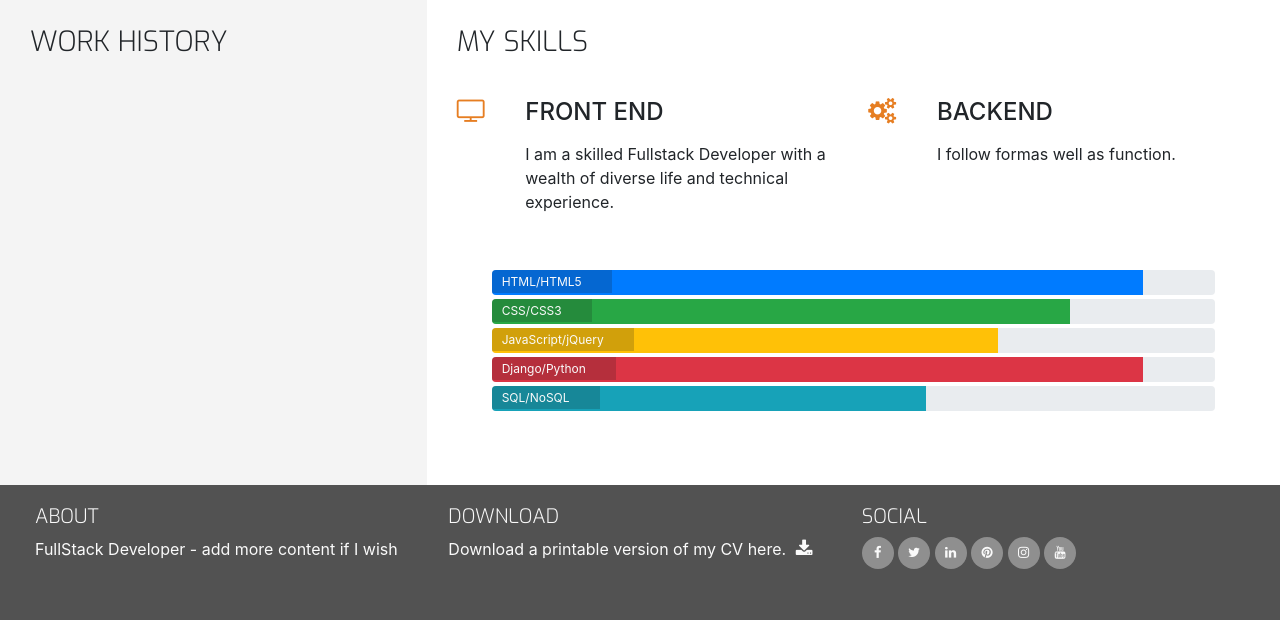
Repository: JustWhiteGit/Rosies-Resume
Page: resume.html
The author's editor kept a record of every edit. The page is drawn from the files as they stood at one moment, then again after the next edit.
The browser window is 1280 px wide. The pictures show the part of the page from y = 369 to 1013 px (the page is 989 px tall before and 1013 px after).

Above is the page before.

After the next edit:
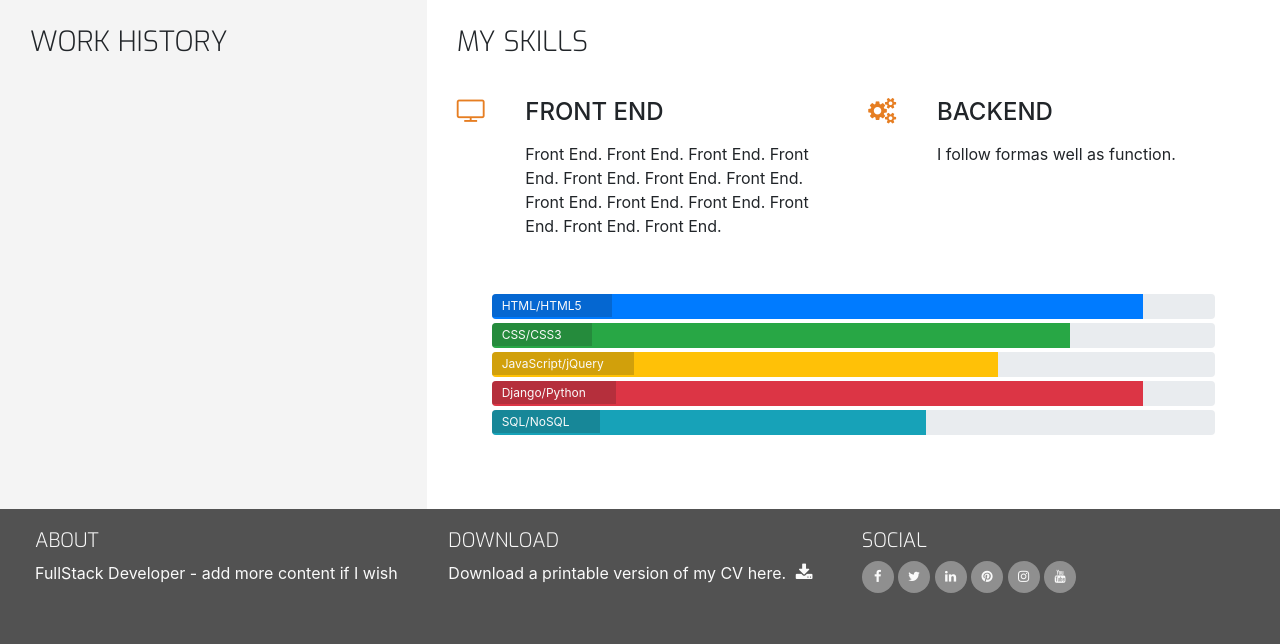
The edit:
--- a/resume.html
+++ b/resume.html
@@ -73,7 +73,8 @@
                             </div>
                             <div class="col-10">
                                 <h4 class="three-reasons-heading uppercase">Front End</h4>
-                                <p>I am a skilled Fullstack Developer with a wealth of diverse life and technical experience.</p>
+                                <p>Front End. Front End. Front End. Front End. Front End. Front End. Front End. Front End.
+                                Front End. Front End. Front End. Front End. Front End.</p>
                             </div>
                         </div>
                     </div>
